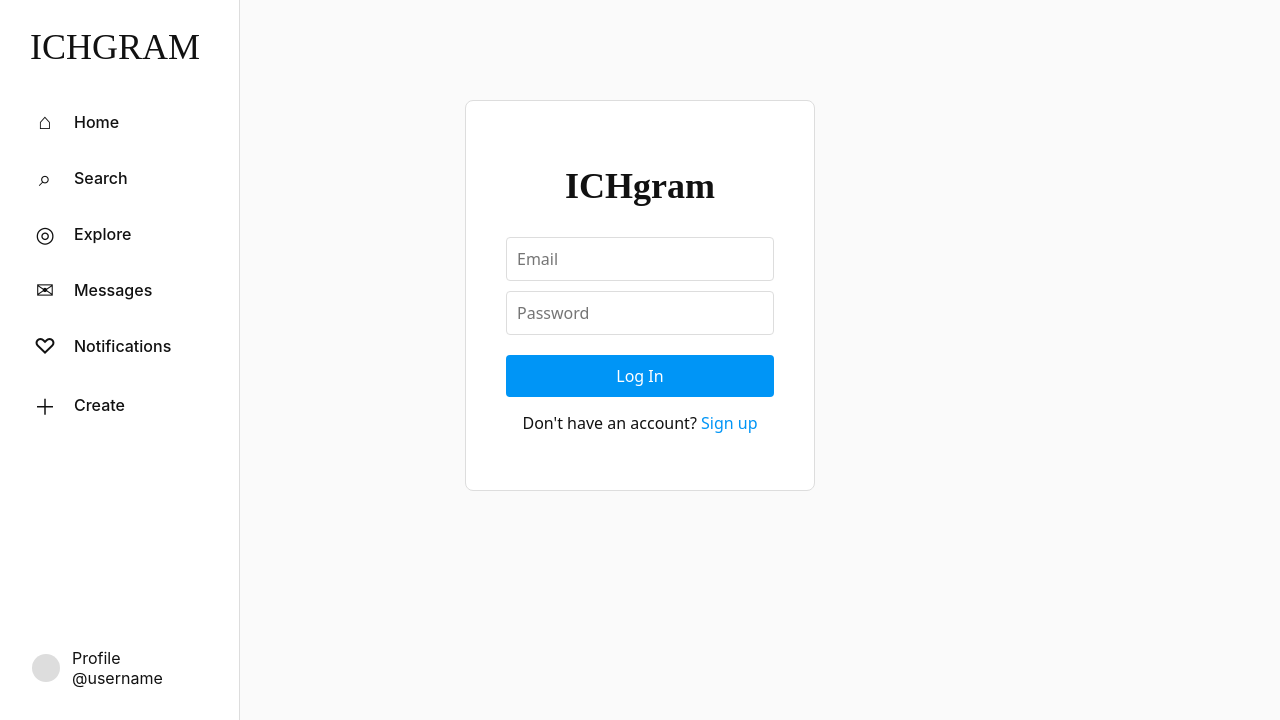
Repository: JuliiaJuliia/project-ichgram
Page: /
An editor plug-in stored every save of this project. The page is shown before and after the next save, followed by the edit.
The browser window is 1280 px wide. The pictures show the whole page.
The project was rebuilt for these pictures with package versions that can differ from the ones it lists, and the page was loaded fresh each time. Also part of the build but not shown: src/components/Stories.js, src/components/PostForm.js, src/components/PostCard.css, src/components/PostCard.js, src/components/Feed.js, src/components/Chat.js, src/pages/Register.js, src/pages/NotFound.js and 3 more.

Above is the page before, as saved 2026-02-19 20:18:07.

After the next save:
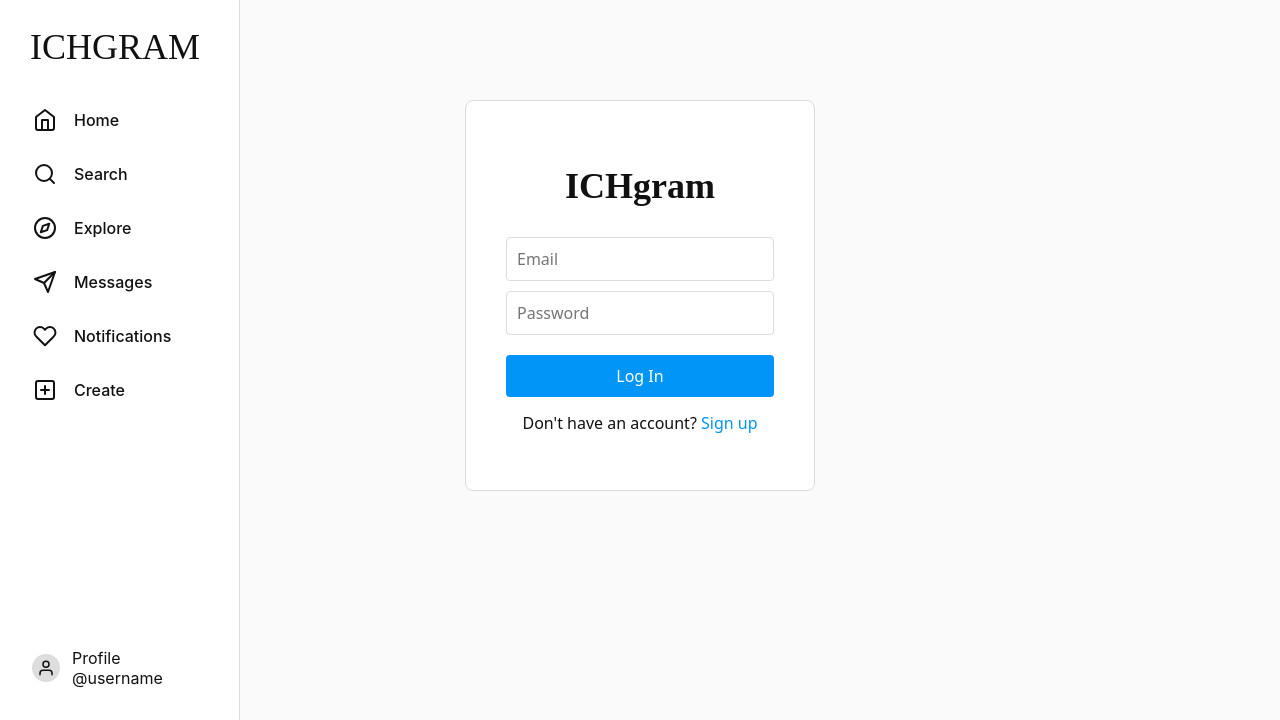
Saved 2 min 20 s later.
--- a/src/components/Sidebar.js
+++ b/src/components/Sidebar.js
@@ -1,15 +1,16 @@
 import React from "react";
 import { NavLink, useNavigate } from "react-router-dom";
 import "./Sidebar.css";
+
 import {
-    FiHome,
-    FiSearch,
-    FiCompass,
-    FiSend,
-    FiHeart,
-    FiPlusSquare,
-    FiUser
-  } from "react-icons/fi";
+  FiHome,
+  FiSearch,
+  FiCompass,
+  FiSend,
+  FiHeart,
+  FiPlusSquare,
+  FiUser,
+} from "react-icons/fi";
 
 export default function Sidebar(props) {
   const navigate = useNavigate();
@@ -19,9 +20,7 @@ export default function Sidebar(props) {
     typeof props.onOpenPanel === "function" ? props.onOpenPanel : null;
 
   const handleSearch = () => {
-    // 1) Если Layout передал функцию — откроем drawer
     if (openPanel) return openPanel("search");
-    // 2) Иначе просто перейдем на роут (чтобы не было ошибки)
     navigate("/search");
   };
 
@@ -38,22 +37,30 @@ export default function Sidebar(props) {
 
       <nav className="sidebar__nav">
         <NavLink to="/" className="sidebar__item">
-          <span className="sidebar__icon">⌂</span>
+          <span className="sidebar__icon">
+            <FiHome size={24} />
+          </span>
           <span className="sidebar__label">Home</span>
         </NavLink>
 
         <button type="button" className="sidebar__item" onClick={handleSearch}>
-          <span className="sidebar__icon">⌕</span>
+          <span className="sidebar__icon">
+            <FiSearch size={24} />
+          </span>
           <span className="sidebar__label">Search</span>
         </button>
 
         <NavLink to="/explore" className="sidebar__item">
-          <span className="sidebar__icon">◎</span>
+          <span className="sidebar__icon">
+            <FiCompass size={24} />
+          </span>
           <span className="sidebar__label">Explore</span>
         </NavLink>
 
         <NavLink to="/messages" className="sidebar__item">
-          <span className="sidebar__icon">✉</span>
+          <span className="sidebar__icon">
+            <FiSend size={24} />
+          </span>
           <span className="sidebar__label">Messages</span>
         </NavLink>
 
@@ -62,12 +69,16 @@ export default function Sidebar(props) {
           className="sidebar__item"
           onClick={handleNotifications}
         >
-          <span className="sidebar__icon">♡</span>
+          <span className="sidebar__icon">
+            <FiHeart size={24} />
+          </span>
           <span className="sidebar__label">Notifications</span>
         </button>
 
         <NavLink to="/create" className="sidebar__item">
-          <span className="sidebar__icon">＋</span>
+          <span className="sidebar__icon">
+            <FiPlusSquare size={24} />
+          </span>
           <span className="sidebar__label">Create</span>
         </NavLink>
       </nav>
@@ -76,7 +87,9 @@ export default function Sidebar(props) {
         <div className="sidebar__divider" />
 
         <NavLink to="/profile" className="sidebar__profile">
-          <div className="sidebar__avatar" />
+          <div className="sidebar__avatar" style={{ display: "flex", alignItems: "center", justifyContent: "center" }}>
+            <FiUser size={18} />
+          </div>
           <div className="sidebar__profileText">
             <div className="sidebar__profileName">Profile</div>
             <div className="sidebar__profileSub">@username</div>
